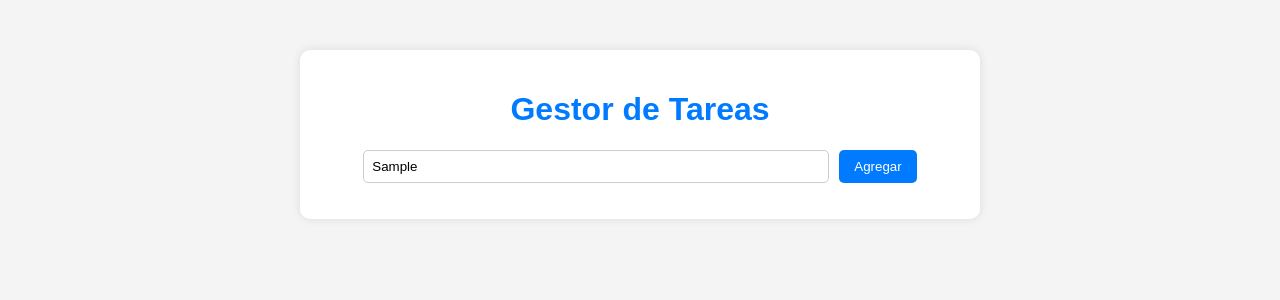
Repository: HerlanBenavides/Gestor-de-Tareas-con-Python-Flask-
Page: http://localhost/
These files come from the project's save history. The page is drawn as it stood at one moment and after the next save; the edit follows.
The browser window is 1280 px wide. The pictures show the whole page.
Empty fields were first filled with sample values (such as "Sample", 5 or name@example.com).
After loading, the first visible `button` was clicked once.
The page is served by the project's application, run on Flask 3 (app.py).

Above is the page before, as saved 2025-02-17 11:13:04.
Console error: ReferenceError: agregarTarea is not defined

After the next save:
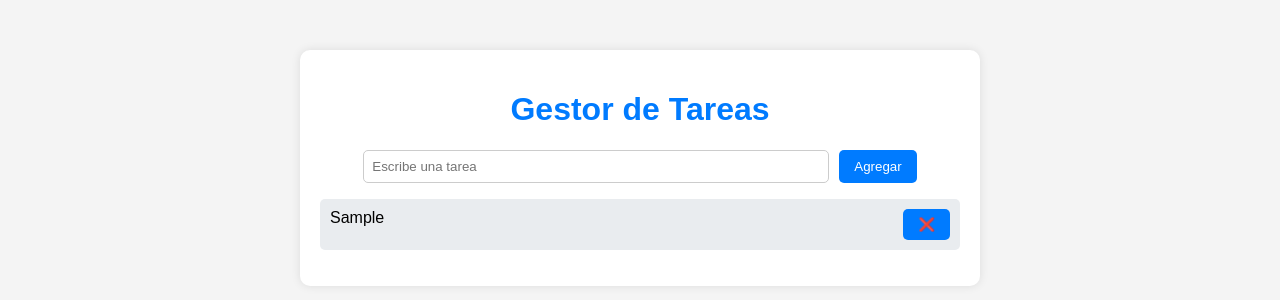
The error is gone.
Saved 9 s later.
--- a/my-app/static/script.js
+++ b/my-app/static/script.js
@@ -13,3 +13,21 @@ function cargarTareas() {
             });
         });
 }
+
+
+function agregarTarea() {
+    const tareaInput = document.getElementById('nuevaTarea');
+    const tarea = tareaInput.value.trim();
+
+    if (tarea) {
+        fetch('/tareas', {
+            method: 'POST',
+            headers: { 'Content-Type': 'application/json' },
+            body: JSON.stringify({ tarea })
+        }).then(response => response.json())
+          .then(() => {
+              tareaInput.value = "";
+              cargarTareas();
+          });
+    }
+}
